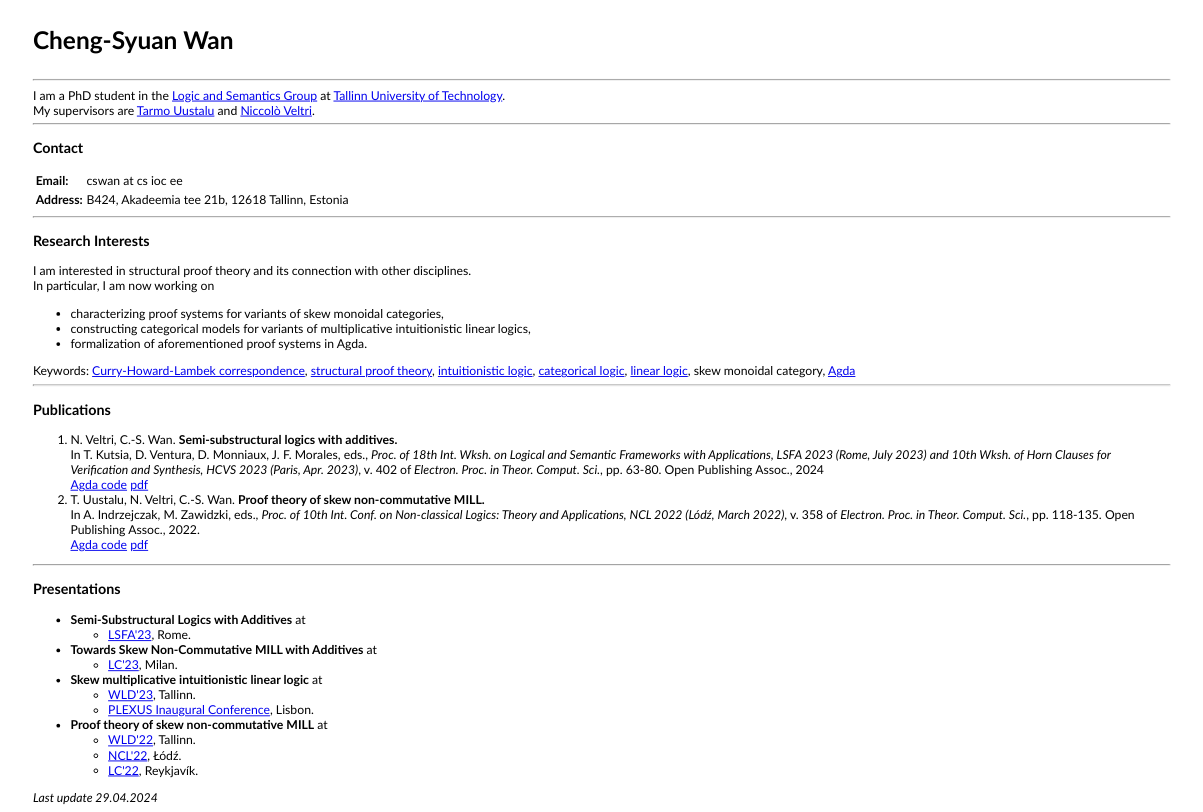
Repository: cswphilo/cswphilo.github.io
Page: index.html
These files come from the project's save history. The page is drawn as it stood at one moment and after the next save; the edit follows.
The browser window is 1280 px wide. The pictures show the whole page, at 94% of full size.

Above is the page before, as saved 2024-04-29 11:17:02.

After the next save:
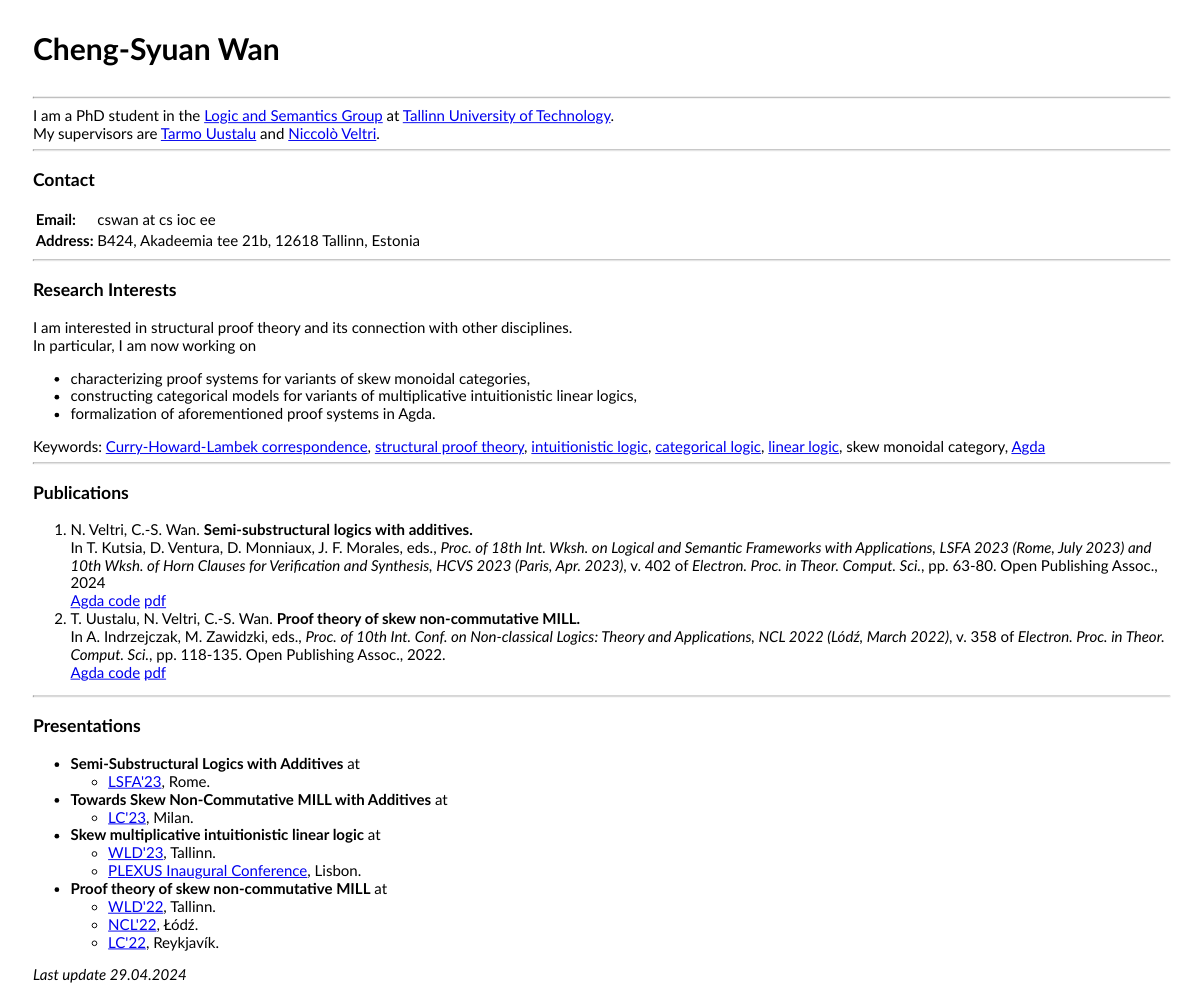
Saved 74 s later.
--- a/index.html
+++ b/index.html
@@ -8,7 +8,7 @@
         body {
             background-color: #ffffff;
             font-family: 'Gill Sans', 'Gill Sans MT', Calibri, 'Trebuchet MS', sans-serif, 'Noto Sans Mono';
-            font-size: small;
+            font-size: medium;
             margin-left: 35px;
             margin-right: 35px;
         }
